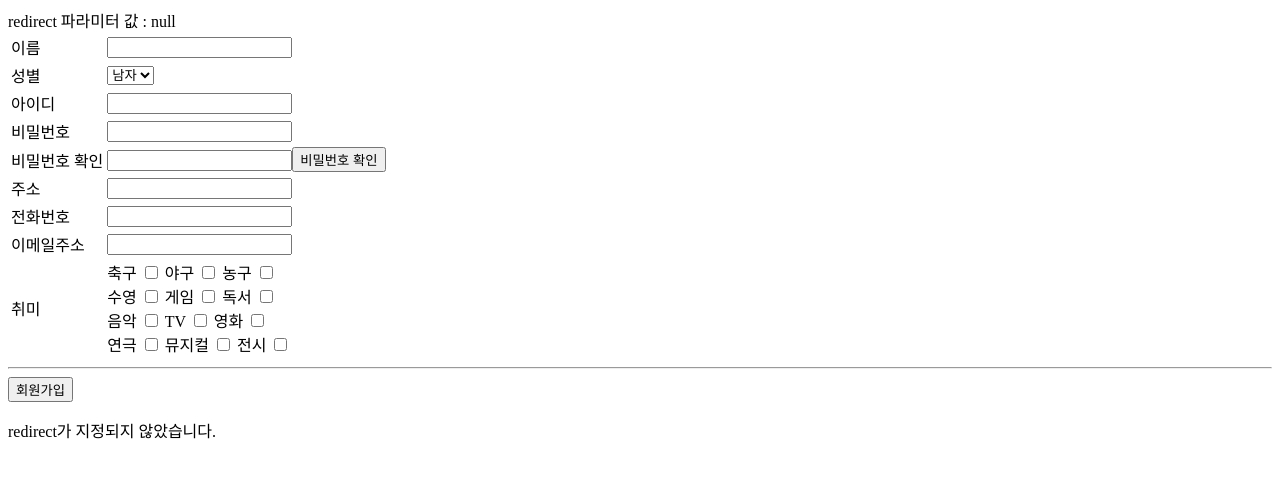
Repository: Gabintree/JDBC2019
Page: http://localhost/Jsp20190510_start/Jsp0516_chap6.jsp
These files come from the project's save history. The page is drawn as it stood at one moment and after the next save; the edit follows.
The browser window is 1280 px wide. The pictures show the whole page.
The page is served by Tomcat 9.

Above is the page before, as saved 2019-05-16 07:01:35.

### Jsp20190510_start/WebContent/Jsp0516_chap6.jsp
<%@ page language="java" contentType="text/html; charset=UTF-8"
    pageEncoding="UTF-8"%>
<%
	String redirect = request.getParameter("redirect");
	out.println("redirect 파라미터 값 : " + redirect);
 %>
<!DOCTYPE html>
<html>
<head>
<meta charset="UTF-8">
<title>Chaop6 page.1</title>
</head>
<body>
	<form action="Jsp0516_chap6.jsp" method="post">
	<table>
		<tr>
			<td>이름</td>
			<td><input type ="text" name="name"></td>
		</tr>
		<tr>
			<td>성별</td>
			<td>
			<select name = "namyeo">
				<option value="남자">남자</option>
				<option value="여자">여자</option>
			</select>
			</td>
		</tr>
		<tr>
			<td>아이디</td>
			<td><input type ="text" name="id"></td>
		</tr>
		<tr>
			<td>비밀번호</td>
			<td><input type ="text" name="pw"></td>
		</tr>
		<tr>
			<td>비밀번호 확인</td>
			<td><input type = "text" name="pw_re"><input type ="submit" value="비밀번호 확인"></td>
		</tr>
		<tr>
			<td>주소</td>
			<td><input type ="text" name="ad"></td>
		</tr>
		<tr>
			<td>전화번호</td>
			<td><input type ="tel" name="tel"></td>
		</tr>
		<tr>
			<td>이메일주소</td>
			<td><input type = "email" name= "mail"></td>
		</tr>
		<tr>
			<td>취미</td>
			<td>
				축구 <input type="checkbox" name="hobby" value="축구">
				야구 <input type="checkbox" name="hobby" value="야구">
				농구 <input type="checkbox" name="hobby" value="농구"><br>
				수영 <input type="checkbox" name="hobby" value="수영">
				게임 <input type="checkbox" name="hobby" value="게임">
				독서 <input type="checkbox" name="hobby" value="독서"><br>
				음악 <input type="checkbox" name="hobby" value="음악">
				TV <input type="checkbox" name="hobby" value="TV">
				영화 <input type="checkbox" name="hobby" value="영화"><br>
				연극 <input type="checkbox" name="hobby" value="연극">
				뮤지컬 <input type="checkbox" name="hobby" value="뮤지컬">
				전시 <input type="checkbox" name="hobby" value="전시">
			</td>
		</tr>
	</table>
<hr>
			<input type ="submit" value="회원가입">
	</form>
<%
	redirect = request.getParameter("redirect");
	if(redirect ==null){
		out.println("redirect가 지정되지 않았습니다.");
	}else if(redirect.equals("ok")){
		response.sendRedirect("http://www.naver.com");
	}else{
		response.sendRedirect("http://localhost:8181/Jsp0516_chap6.jsp");
	}
%>
<%
	String pw = request.getParameter("pw");
	String pw_re = request.getParameter("pw_re");

	if(pw != null && pw_re != null){
		if(pw.equals(pw_re)){
			response.sendRedirect("http://www.naver.com");
		}else {
			response.sendRedirect("http://www.google.com");
		}
	}
%>
</body>
</html>

After the next save:
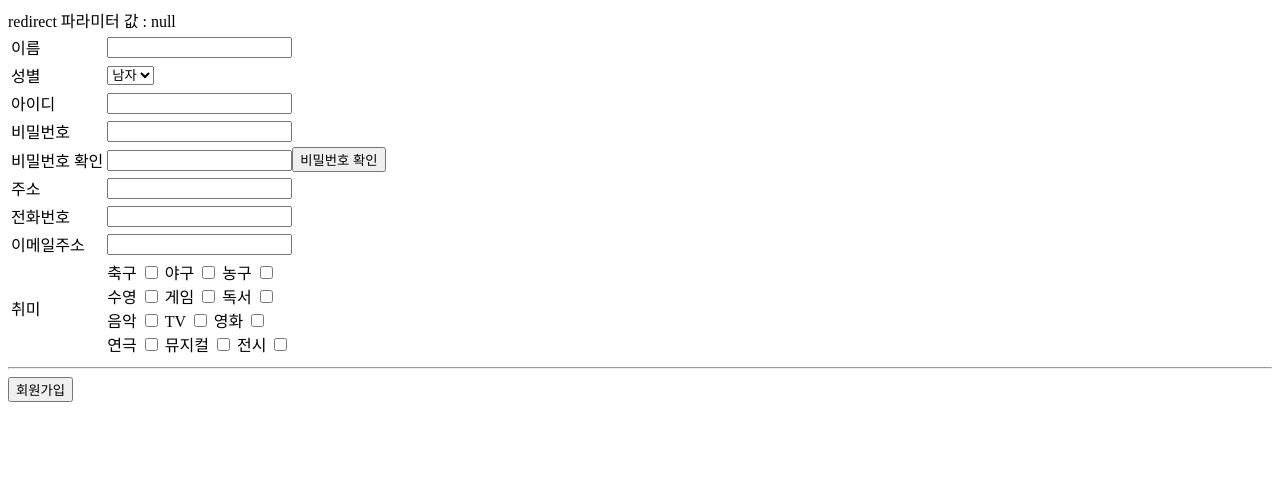
Saved 9 min 51 s later.
--- a/Jsp20190510_start/WebContent/Jsp0516_chap6.jsp
+++ b/Jsp20190510_start/WebContent/Jsp0516_chap6.jsp
@@ -71,7 +71,7 @@
 <hr>
 			<input type ="submit" value="회원가입">
 	</form>
-<%
+<%-- <%
 	redirect = request.getParameter("redirect");
 	if(redirect ==null){
 		out.println("redirect가 지정되지 않았습니다.");
@@ -92,6 +92,6 @@
 			response.sendRedirect("http://www.google.com");
 		}
 	}
-%>
+%> --%>
 </body>
 </html>
